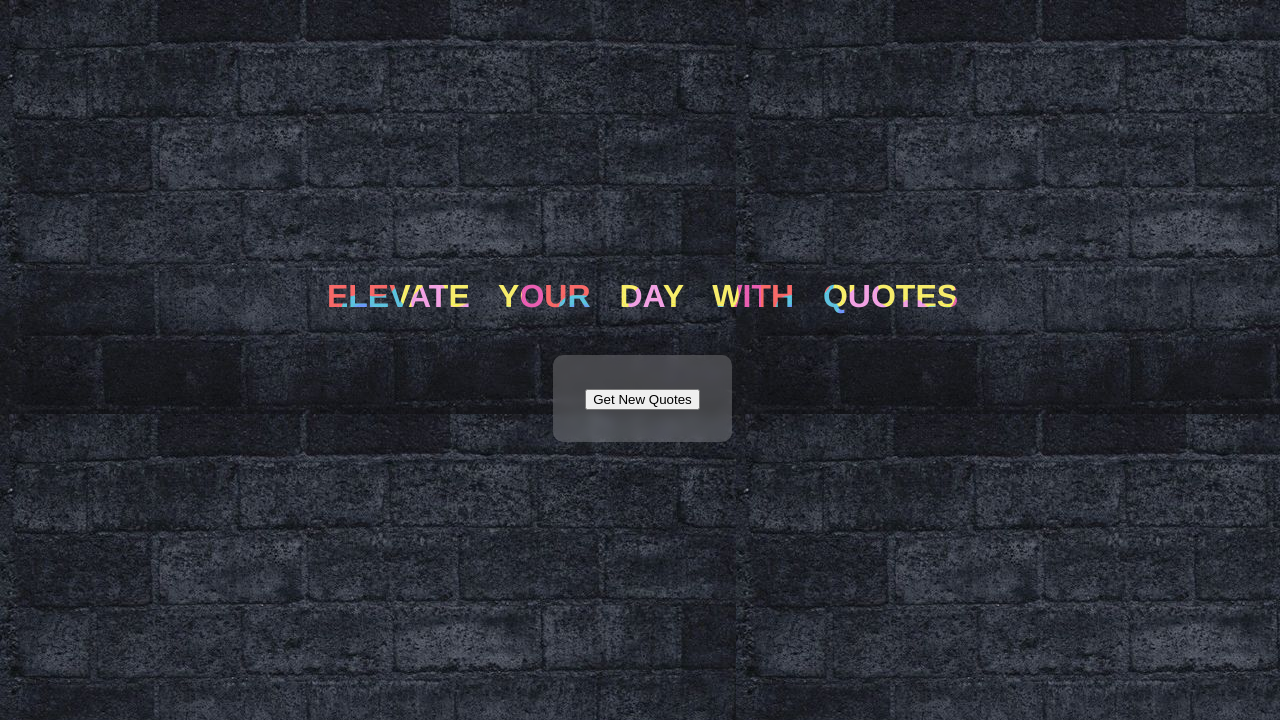
Repository: Bhavik-Sanghar/Quote-app
Page: /
An editor plug-in stored every save of this project. The page is shown before and after the next save, followed by the edit.
The browser window is 1280 px wide. The pictures show the whole page.
The page's requests for data from a server got no answer. The project was rebuilt for these pictures with package versions that can differ from the ones it lists, and the page was loaded fresh each time. No one was signed in, and anything a server would have sent is missing. Also part of the build but not shown: src/styles.css.

Above is the page before, as saved 2023-08-18 15:40:09.

### src/App.js
import React from 'react';
import './styles.css';
import QuoteComponent from './components/NewQuote'

function App() {
  return (
    <div className="App">

      <QuoteComponent/>


    </div>
  );
}

export default App;

### src/components/NewQuote.js
import React, { useEffect, useState } from "react";
import axios from "axios";
import './New.css'

const QuoteComponent = () => {
  const [quotes, setQuotes] = useState([]);
  const category = "inspirational";
  const apiKey = "EgtS4gqLsbjvHM2bBjKwBA==PYmsGLFQFXQzq0Na";

  useEffect(() => {
    fetchQuotes();
  }, []);

  const fetchQuotes = async () => {
    try {
      const response = await axios.get(
        `https://api.api-ninjas.com/v1/quotes?category=${category}&limit=1`, // Fetching 5 quotes
        {
          headers: { "X-Api-Key": apiKey },
        }
      );
      setQuotes(response.data);
    } catch (error) {
      console.error("Error: ", error);
    }
  };

  const handleFetchNewQuotes = () => {
    fetchQuotes();
  };

  return (
    <div className="quote-container">
      <h1>Elevate Your Day with Quotes</h1>
      <div className="card-container">
        {quotes.map((quote, index) => (
          <div key={index} className="card">
            <p className="quote-text">{quote.quote}</p>
            <p className="author">- {quote.author}</p>
          </div>
        ))}
              <button className="fetch-button" onClick={handleFetchNewQuotes}>
           Get New Quotes
      </button>
      </div>
    </div>
  );
};

export default QuoteComponent;

### src/components/New.css
.quote-container{
  padding: auto;
  padding-left: 5px;
  display: flex;
  flex-direction: column;
  justify-content: center;
  align-items: center;
  min-height: 100vh;
  background-color : black;
  background-image: url(./bg.jpg) ;
  transition: background-image 0.5s ease-in-out; /* Add transition for smooth image change */
  color : white;
  position: relative; /* Required for positioning pseudo-element */
  overflow: hidden; /* Hide overflowing pseudo-element content */
}




.quote-container h1
  {
    z-index: 2;
    margin: 20px;
    background-image: url(./h1.jpg);
    background-repeat: repeat;
    opacity: 0;
    -webkit-background-clip: text;
    -webkit-text-fill-color: transparent;
    text-align: center;
    word-spacing: 20px;
    font-weight: bold;
    text-transform: uppercase;
    font-family: 'Steelfish Rg', 'helvetica neue';
    font-weight: 800;
    -webkit-font-smoothing: antialiased;
    transition: background-color 0.3s ease-in-out;
    animation: fadeInHeading 2s ease-in-out 0.5s forwards;


}

.card:hover {
  /* Example animation - scale up on hover */
  transform: scale(1.05);
  transition: transform 0.3s ease-in-out;
}

.author:hover {
  /* Example animation - change text color on hover */
  color: #00e5ff; /* Change to your desired color */
  transition: color 0.3s ease-in-out;
}
.quote-container h1:hover {
  font-size: 2.2em;
  transition: font-size 0.3s ease-in-out;
}

.fetch-button{
  background-color : none;

}



.card-container {
  z-index: 2;
  margin: 20px;
  backdrop-filter: blur(5px);
  background-color: hsla(0, 0%, 100%, .2);
  border-radius: 10px;
  padding: 2rem;
  font-size: larger;
  font-family: 'Times New Roman', Times, serif;
  opacity: 0; /* Set initial opacity to 0 */
  animation: fadeInQuotes 3s ease-in-out 1s forwards, fadeInBackground 3s ease-in-out 1s forwards;
  position: relative; /* Ensure proper z-index behavior */
}



@keyframes fadeInHeading {
  from {
    opacity: 0;
    transform: translateY(-20px);
  }
  to {
    opacity: 1;
    transform: translateY(0);
  }
}

@keyframes fadeInQuotes {
  from {
    opacity: 0;
    transform: translateY(20px);
  }
  to {
    opacity: 1;
    transform: translateY(0);
  }
}

@keyframes fadeInBackground {
  from {
    opacity: 0;
  }
  to {
    opacity: 1;
  }
}

Loaded but not shown: public/index.html (common file); src/index.js (common file); src/index.css (common file); src/reportWebVitals.js (common file)

After the next save:
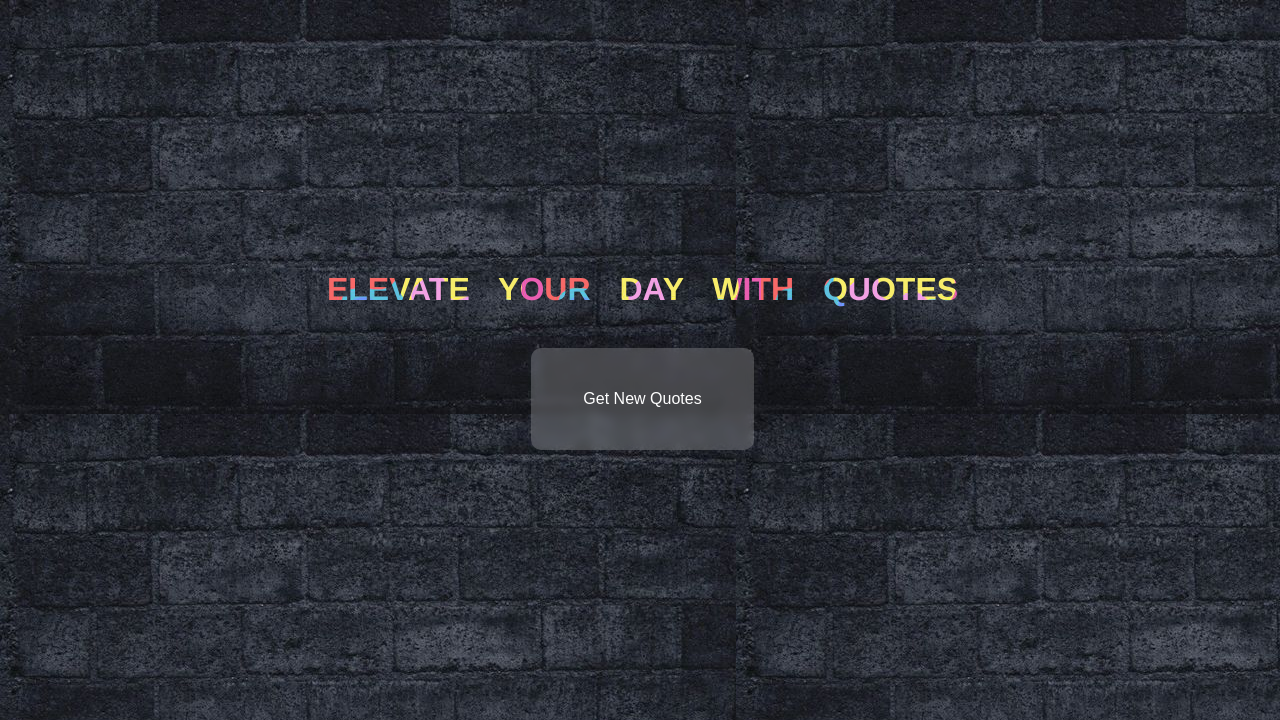
Saved 58 s later.
--- a/src/components/New.css
+++ b/src/components/New.css
@@ -55,11 +55,20 @@
   transition: font-size 0.3s ease-in-out;
 }
 
-.fetch-button{
-  background-color : none;
-
+.fetch-button {
+  background-color: transparent;
+  border: none;
+  color: white;
+  cursor: pointer;
+  font-size: 16px;
+  padding: 10px 20px;
+  border-radius: 5px;
+  transition: background-color 0.3s ease-in-out;
 }
 
+.fetch-button:hover {
+  background-color: rgba(255, 255, 255, 0.1);
+}
 
 
 .card-container {
